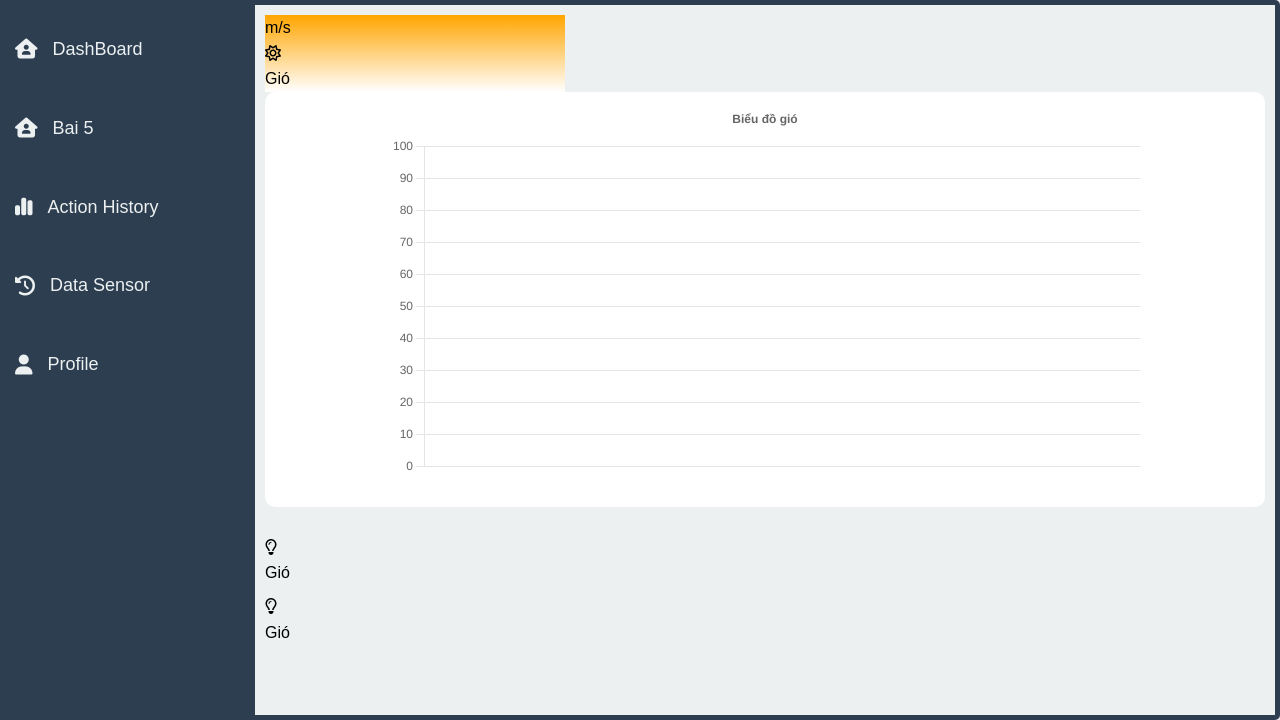
Repository: duongnoob23/duyyyy
Page: /bai5 (app in iot/)
These files come from the project's save history. The page is drawn as it stood at one moment and after the next save; the edit follows.
The browser window is 1280 px wide. The pictures show the whole page.
The page's requests for data from a server got no answer. Some web libraries are served in a nearby version. The project was rebuilt for these pictures with package versions that can differ from the ones it lists, and the page was loaded fresh each time. No one was signed in, and anything a server would have sent is missing. Also part of the build but not shown: iot/src/App.css, iot/src/Components/Doughnut/GaugeChart.js, iot/src/Components/LineChart/LineChartECharts.js, iot/src/Pages/Home/Home.js, iot/src/Pages/DataLogs/DataLogs.js, iot/src/Pages/Profile/Profile.css, iot/src/Pages/Profile/Profile.js, iot/src/Pages/Action/Action.js and 1 more.

Above is the page before, as saved 2024-12-02 21:06:25.

After the next save:
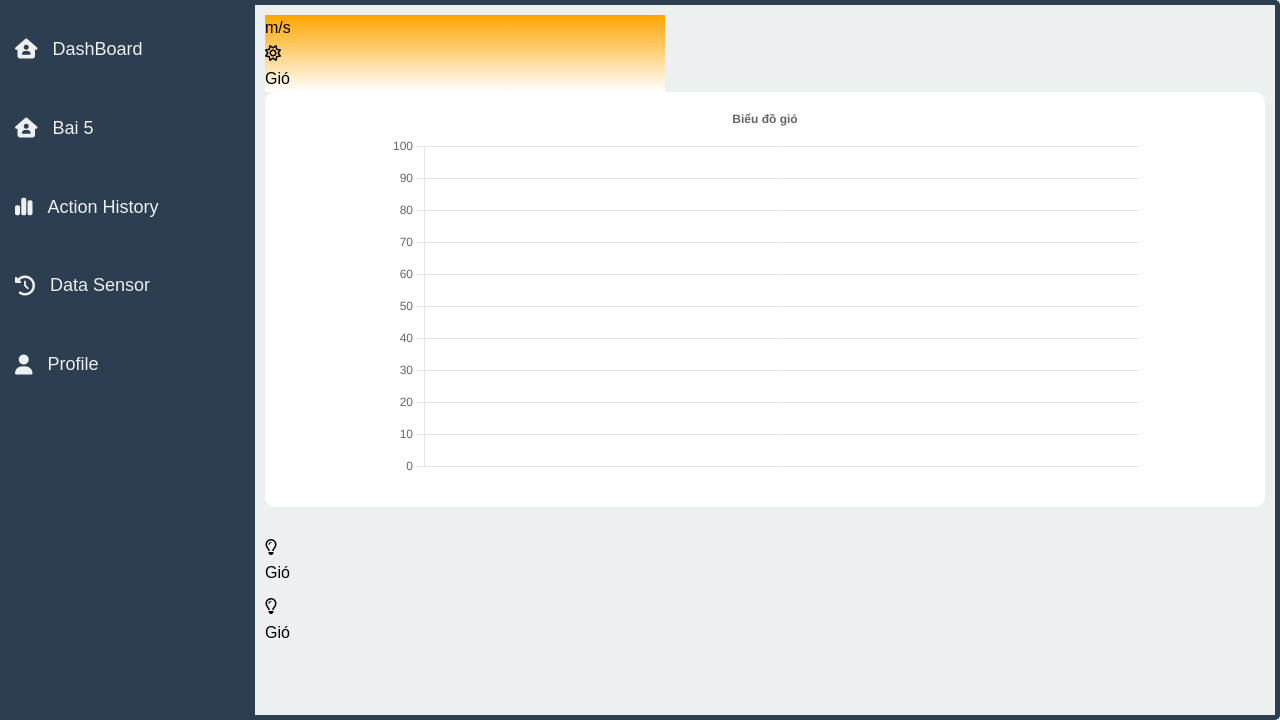
Saved 7 s later.
--- a/iot/src/Pages/Bai5/Bai5.css
+++ b/iot/src/Pages/Bai5/Bai5.css
@@ -246,11 +246,11 @@
 
 
 .bai5{
-    width: 300px;
+    width: 400px;
+    height: 30%;
+}
+
+.control{
+    width: 100%;
     height: 25%;
 }
-
-.control{
-    width: 100%;
-    height: 25%;
-}
